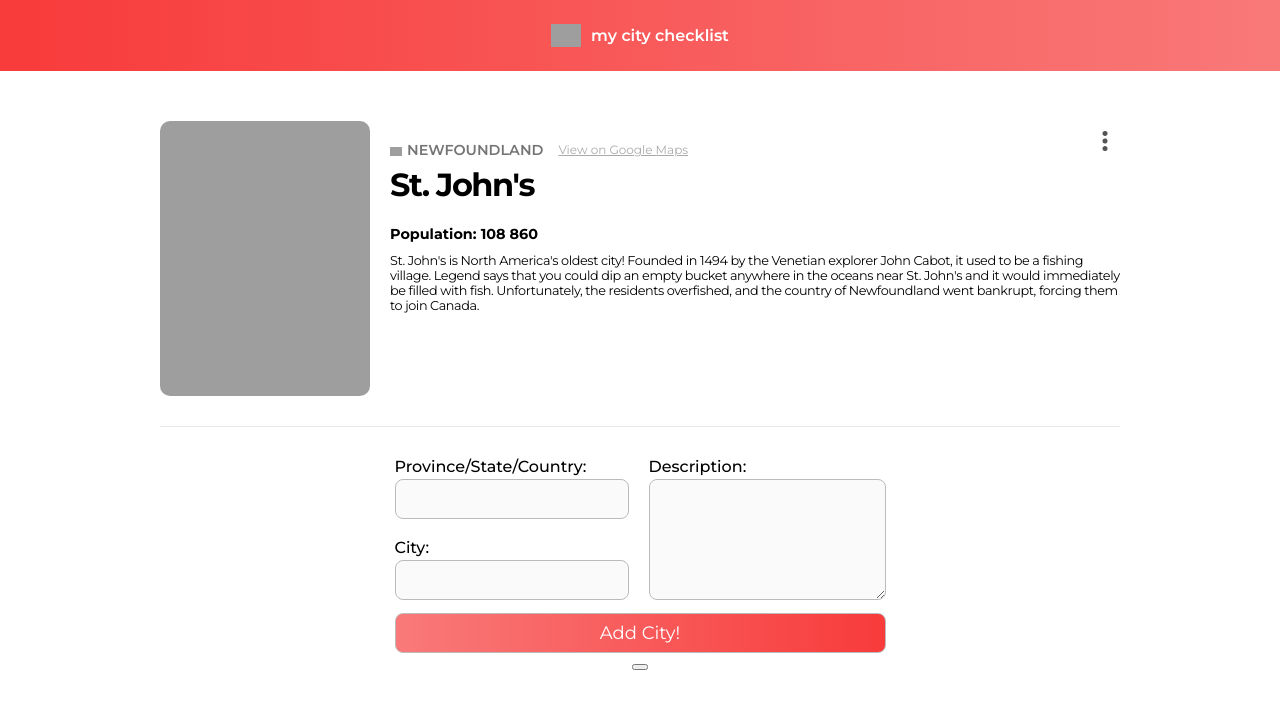
Repository: jsong552/my-city-checklist
Page: /, after clicking the first element matching `button.addItemButton`
These files come from the project's save history. The page is drawn as it stood at one moment and after the next save; the edit follows.
The browser window is 1280 px wide. The pictures show the whole page.
Pictures or frames that could not be fetched are drawn as grey boxes. The project was rebuilt for these pictures with package versions that can differ from the ones it lists, and the page was loaded fresh each time. Imported but missing from the stored project, and not drawn on this page: src/reportWebVitals.

Above is the page before, as saved 2024-01-01 12:29:28.

After the next save:
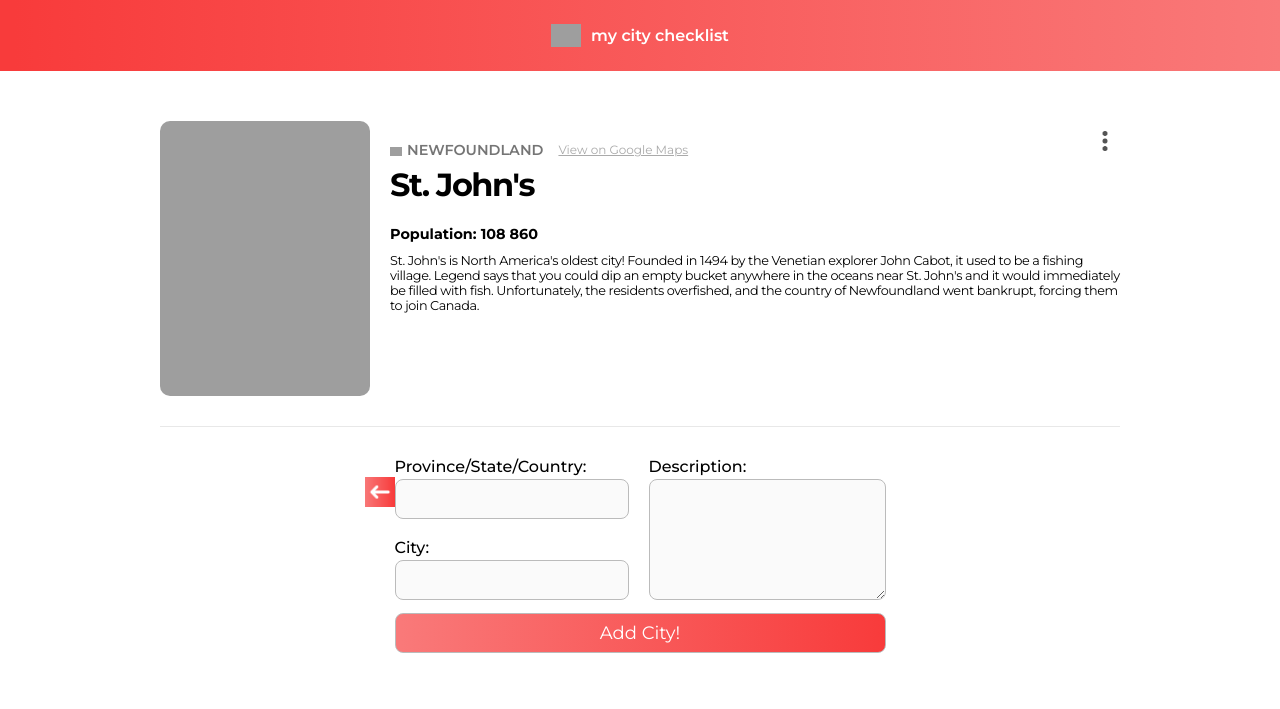
Saved 2 min 2 s later.
--- a/src/index.css
+++ b/src/index.css
@@ -260,6 +260,7 @@ body {
     width: fit-content;
     animation-name: fadeIn;
     animation-duration: 0.5s;
+    position: relative;
 }
 
 @keyframes fadeIn {
@@ -364,6 +365,18 @@ body {
     margin-top: 10px;
 }
 
+.backButton {
+    background: linear-gradient(90deg, #f97979 1.18%, #f83b3b 100%);
+    background-image: url('../public/images/backArrow.png');
+    border: none;
+    background-size: cover;
+    height: 30px;
+    width: 30px;
+    position: absolute;
+    top: 20px;
+    left: -30px;
+}
+
  /* scrollbar styles */
 
 /* ::-webkit-scrollbar-thumb {
